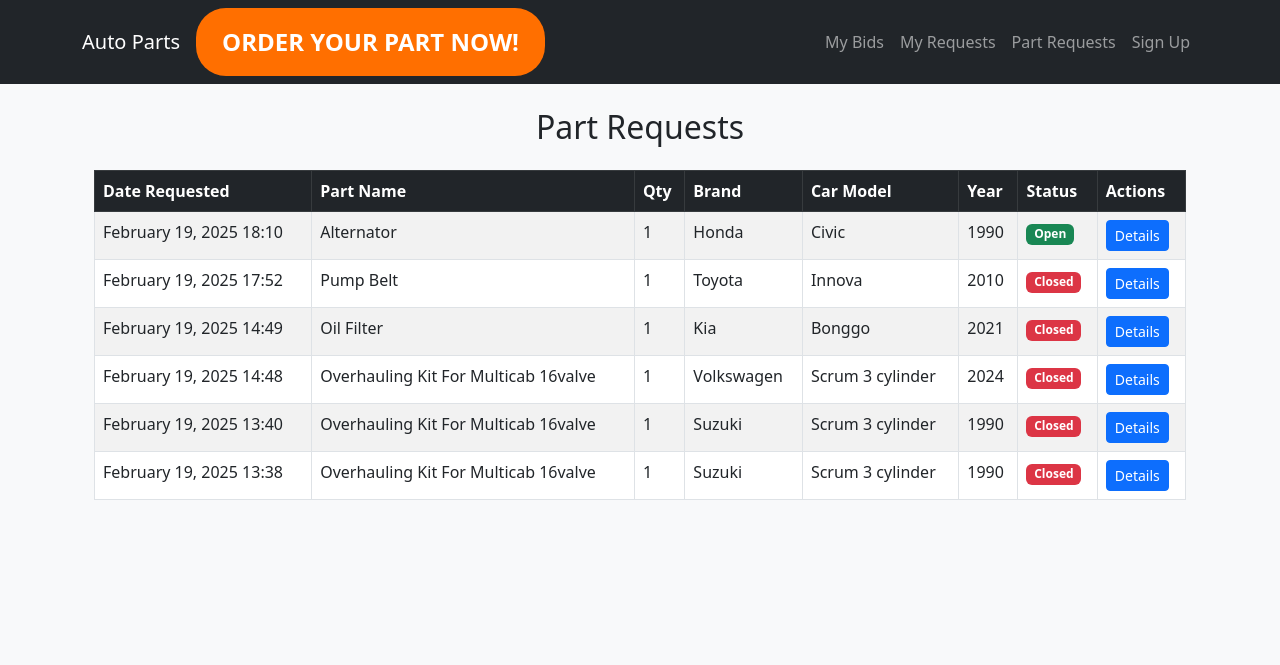
Repository: Jijiluzana225/onlineparts
Page: http://localhost/part-requests/
An editor plug-in stored every save of this project. The page is shown before and after the next save, followed by the edit.
The browser window is 1280 px wide. The pictures show the whole page.
The page is served by the project's application, run on Django 5.2 (manage.py). Other server files are loaded and not shown. The page reads the database file committed with the project.

Above is the page before, as saved 2025-02-19 17:13:52.

### orders/templates/orders/part_request_list.html
{% extends 'orders/landing.html' %}

{% block content %}
<div class="container mt-4">
    <h2 class="text-center mb-4">Part Requests</h2>
    <div class="table-responsive">
        <table class="table table-striped table-bordered">
            <thead class="table-dark">
                <tr>
                    <th>Date Requested</th>
                    <th>Part Name</th>
                    <th>Qty</th>
                    <th>Brand</th>
                    <th>Car Model</th>
                    <th>Year</th>
                    <th>Status</th>

                    <th>Actions</th>  <!-- New column for the button -->
                </tr>
            </thead>
            <tbody>
                {% for request in part_requests %}
                <tr>
                    <td>{{ request.created_at|date:"F d, Y H:i" }}</td>
                    <td>{{ request.part_name }}</td>
                    <td>{{ request.qty }}</td>
                    <td>{{ request.brand }}</td>
                    <td>{{ request.car_model }}</td>
                    <td>{{ request.year }}</td>
                    <td>
                        {% if request.status == "Open" %}
                            <span class="badge bg-success">Open</span>
                        {% else %}
                            <span class="badge bg-danger">Closed</span>
                        {% endif %}
                    </td>

                    <td>

                        <a href="{% url 'part_request_detail' request.id %}" class="btn btn-primary btn-sm">Details</a>
                    </td>
                </tr>
                {% empty %}
                <tr>
                    <td colspan="7" class="text-center">No part requests found.</td>
                </tr>
                {% endfor %}
            </tbody>
        </table>
    </div>
</div>
{% endblock %}

### orders/templates/orders/landing.html
<!DOCTYPE html>
<html lang="en">
<head>
    <meta charset="UTF-8">
    <meta name="viewport" content="width=device-width, initial-scale=1">
    <title>{% block title %}Landing Page{% endblock %}</title>
    <link href="https://cdn.jsdelivr.net/npm/bootstrap@5.3.0/dist/css/bootstrap.min.css" rel="stylesheet">
    <style>
        body {
            background-color: #f8f9fa;
        }
        .hero {
            height: 80vh;
            display: flex;
            align-items: center;
            justify-content: center;
            text-align: center;
            background: url('https://source.unsplash.com/1600x900/?car,parts') no-repeat center center/cover;
            color: white;
            position: relative;
        }
        .hero-overlay {
            background: black;
            padding: 50px;
            border-radius: 10px;
        }
        .btn-custom {
            background-color: #ff6f00;
            color: white;
            border-radius: 30px;
            padding: 15px 25px;
            font-size: 1.5rem;
            font-weight: bold;
            text-transform: uppercase;
            transition: background 0.3s ease;
        }
        .btn-custom:hover {
            background-color: #e65c00;
        }
    </style>
    {% block extra_css %}{% endblock %}
</head>
<body>

<!-- Navbar -->
<nav class="navbar navbar-expand-lg navbar-dark bg-dark">
    <div class="container">
        <a class="navbar-brand" href="{% url 'home' %}">Auto Parts</a>
        <a href="{% url 'order_part' %}" class="btn btn-custom">Order Your Part Now!</a>

        <button class="navbar-toggler" type="button" data-bs-toggle="collapse" data-bs-target="#navbarNav">
            <span class="navbar-toggler-icon"></span>
        </button>
        <div class="collapse navbar-collapse" id="navbarNav">
            <ul class="navbar-nav ms-auto">
                <li class="nav-item"><a class="nav-link" href="{% url 'store_bids' %}">My Bids</a></li>
                <li class="nav-item"><a class="nav-link" href="{% url 'my_part_requests' %}">My Requests</a></li>
                <li class="nav-item"><a class="nav-link" href="{% url 'part_request_list' %}">Part Requests</a></li>

                {% if user.is_authenticated %}
                    <li class="nav-item dropdown">
                        <a class="nav-link dropdown-toggle" href="#" id="userDropdown" role="button" data-bs-toggle="dropdown">
                            {{ user.username }}
                        </a>
                        <ul class="dropdown-menu">
                            <li><a class="dropdown-item" href="{% url 'profile_update' %}">Profile</a></li>
                            <li>
                                <form method="post" action="{% url 'logout' %}">
                                    {% csrf_token %}
                                    <button type="submit" class="dropdown-item">Logout</button>
                                </form>
                            </li>
                        </ul>
                    </li>
                {% else %}
                    <li class="nav-item"><a class="nav-link btn btn-secondary" href="{% url 'register' %}">Sign Up</a></li>
                {% endif %}
            </ul>
        </div>
    </div>
</nav>

<!-- Hero Section -->
{% comment %} <div class="hero">
    <div class="hero-overlay">
        <h1 class="mb-4">Request Your Auto Parts Here!</h1>
        <a href="{% url 'order_part' %}" class="btn btn-custom">Order Your Part Now!</a>
    </div>
</div> {% endcomment %}

<!-- Main Content -->
<main class="container mt-4">
    {% block content %}
    {% endblock %}
</main>

<!-- Bootstrap JS -->
<script src="https://cdn.jsdelivr.net/npm/bootstrap@5.3.0/dist/js/bootstrap.bundle.min.js"></script>
{% block extra_js %}{% endblock %}
</body>
</html>

### orders/models.py
from django.contrib.auth.models import AbstractUser
from django.db import models
from django.contrib.auth.models import User
from django.conf import settings


class Customer(AbstractUser):
    completename = models.CharField(max_length=250 )
    phone_number = models.CharField(max_length=50 )
    address = models.TextField(blank=True, null=True)
    is_store = models.BooleanField(default=False)





    groups = models.ManyToManyField(
        "auth.Group",
        related_name="customer_users",  # Custom related name to avoid conflicts
        blank=True
    )
    user_permissions = models.ManyToManyField(
        "auth.Permission",
        related_name="customer_users_permissions",  # Custom related name
        blank=True
    )

    def __str__(self):
        return self.username

BRAND_CHOICES = [
    ("Toyota", "Toyota"),
    ("Mitsubishi", "Mitsubishi"),
    ("Honda", "Honda"),
    ("Nissan", "Nissan"),
    ("Ford", "Ford"),
    ("Isuzu", "Isuzu"),
    ("Hyundai", "Hyundai"),
    ("Kia", "Kia"),
    ("Chevrolet", "Chevrolet"),
    ("Suzuki", "Suzuki"),
    ("Daihatsu", "Daihatsu"),
    ("Mazda", "Mazda"),
    ("Subaru", "Subaru"),
    ("Fuso", "Fuso"),
    ("Hino", "Hino"),
    ("Tata", "Tata"),
    ("MAN", "MAN"),
    ("Scania", "Scania"),
    ("Volkswagen", "Volkswagen"),
    ("Chery", "Chery"),
    ("Foton", "Foton"),
    ("JAC", "JAC"),
    ("Dongfeng", "Dongfeng"),
    ("Changan", "Changan"),
    ("Geely", "Geely"),
    ("MG", "MG"),
    ("BYD", "BYD"),
    ("BAIC", "BAIC"),
    ("GAC", "GAC"),
    ("Maxus", "Maxus"),
]

STATUS_CHOICES = [
    ("Open", "Open"),
    ("Closed", "Closed"),
]

# Part Request Model
class PartRequest(models.Model):
    brand_new = models.BooleanField(default=True)
    used = models.BooleanField(default=False)


    user = models.ForeignKey(settings.AUTH_USER_MODEL, on_delete=models.CASCADE)
    part_name = models.CharField(max_length=255)
    description = models.TextField()
    qty = models.PositiveIntegerField(default="1")
    image1 = models.ImageField(upload_to="part_images/")
    image2 = models.ImageField(upload_to="part_images/")
    brand = models.CharField(max_length=255, choices=BRAND_CHOICES)
    year = models.PositiveIntegerField()
    car_model = models.CharField(max_length=255)
    created_at = models.DateTimeField(auto_now_add=True)
    status = models.CharField(max_length=10, choices=STATUS_CHOICES, default="Open")

    def __str__(self):
        return f"{self.part_name} ({self.brand} - {self.car_model})"


    from django.db import models
from django.conf import settings

# Bid Status Choices
BID_STATUS_CHOICES = [
    ("Pending", "Pending"),
    ("Accepted", "Accepted"),
    ("Rejected", "Rejected"),
]

from django.db import models
from django.conf import settings

class Bid(models.Model):
    part_request = models.ForeignKey("orders.PartRequest", on_delete=models.CASCADE, related_name="bids")
    store = models.ForeignKey(settings.AUTH_USER_MODEL, on_delete=models.CASCADE)
    price = models.DecimalField(max_digits=10, decimal_places=2)
    notes = models.TextField(blank=True, null=True)
    image1 = models.ImageField(upload_to="bid_images/", blank=True, null=True)
    image2 = models.ImageField(upload_to="bid_images/", blank=True, null=True)
    status = models.CharField(max_length=10, choices=BID_STATUS_CHOICES, default="Pending")
    created_at = models.DateTimeField(auto_now_add=True)

    def __str__(self):
        return f"Bid by {self.store.username} for {self.part_request.part_name}"

### orders/views.py
from django.shortcuts import render, redirect
from .forms import CustomerRegistrationForm
from django.shortcuts import render, redirect
from django.contrib.auth import login, authenticate
from django.contrib.auth.forms import UserCreationForm

def register_view(request):
    if request.method == "POST":
        form = UserCreationForm(request.POST)
        if form.is_valid():
            user = form.save()  # Create the user
            username = form.cleaned_data.get("username")
            password = form.cleaned_data.get("password1")
            user = authenticate(username=username, password=password)  # Authenticate
            if user is not None:
                login(request, user)  # Auto-login user
                return redirect("landing")  # Redirect to landing page
    else:
        form = UserCreationForm()

    return render(request, "orders/register.html", {"form": form})


def landing_page(request):
    return render(request, 'orders/landing.html')



from django.shortcuts import render, redirect
from django.contrib.auth.decorators import login_required
from .forms import CustomerUpdateForm

@login_required
def profile_update_view(request):
    user = request.user
    if request.method == "POST":
        form = CustomerUpdateForm(request.POST, instance=user)
        if form.is_valid():
            form.save()
            return redirect("home")  # Stay on profile page after saving
    else:
        form = CustomerUpdateForm(instance=user)

    return render(request, "orders/profile_update.html", {"form": form})



from django.shortcuts import render, redirect
from django.contrib.auth.decorators import login_required
from .forms import PartRequestForm

@login_required
def order_part_view(request):
    if request.method == "POST":
        form = PartRequestForm(request.POST, request.FILES)
        if form.is_valid():
            part_request = form.save(commit=False)
            part_request.user = request.user
            part_request.save()
            return redirect("order_success")  # Redirect to a success page
    else:
        form = PartRequestForm()

    return render(request, "orders/order_part.html", {"form": form})


def order_success(request):
    return render(request, "orders/order_success.html")

from django.shortcuts import render
from .models import PartRequest

def part_request_list(request):
    part_requests = PartRequest.objects.all().order_by('-created_at')  # Order by latest date
    return render(request, 'orders/part_request_list.html', {'part_requests': part_requests})

from django.shortcuts import render, get_object_or_404
from .models import PartRequest

def part_request_detail(request, pk):
    part_request = get_object_or_404(PartRequest, pk=pk)
    return render(request, 'orders/part_request_detail.html', {'part_request': part_request})


from django.shortcuts import render, get_object_or_404, redirect
from django.contrib.auth.decorators import login_required
from .models import PartRequest, Bid
from .forms import BidForm

@login_required
def place_bid(request, part_request_id):
    part_request = get_object_or_404(PartRequest, id=part_request_id)

    if request.method == "POST":
        form = BidForm(request.POST, request.FILES)
        if form.is_valid():
            bid = form.save(commit=False)
            bid.part_request = part_request
            bid.store = request.user  # Only logged-in stores can bid
            bid.save()
            return render(request, 'orders/part_request_list.html', {'part_request': part_request})

    else:
        form = BidForm()

    return render(request, "orders/place_bid.html", {"form": form, "part_request": part_request})

from django.shortcuts import render
from django.contrib.auth.decorators import login_required
from django.utils.decorators import method_decorator
from django.views.generic import ListView
from .models import PartRequest

@method_decorator(login_required, name="dispatch")
class MyPartRequestsView(ListView):

    model = PartRequest
    template_name = "orders/my_part_requests.html"
    context_object_name = "part_requests"

    def get_queryset(self):
        return PartRequest.objects.filter(user=self.request.user).prefetch_related("bids").order_by("-created_at")



from django.shortcuts import render, get_object_or_404
from django.views.generic import DetailView
from .models import Bid

class BidDetailView(DetailView):
    model = Bid
    template_name = "orders/bid_detail.html"
    context_object_name = "bid"


from django.contrib import messages
from django.http import HttpResponseRedirect
from django.urls import reverse
from django.views import View
from django.shortcuts import get_object_or_404
from .models import Bid, PartRequest

class AcceptBidView(View):
    def post(self, request, pk):
        bid = get_object_or_404(Bid, pk=pk)
        part_request = bid.part_request

        # Close the PartRequest
        part_request.status = "Closed"
        part_request.save()

        # Set selected bid to "Accepted"
        bid.status = "Accepted"
        bid.save()

        # Reject all other bids for this part request
        Bid.objects.filter(part_request=part_request).exclude(pk=pk).update(status="Rejected")

        messages.success(request, "Bid accepted successfully! The part request is now closed.")
        return HttpResponseRedirect(reverse("my_part_requests"))



from django.shortcuts import render
from django.contrib.auth.decorators import login_required
from .models import Bid

@login_required
def store_bids(request):
    bids = Bid.objects.filter(store=request.user).order_by("-created_at")
    return render(request, "orders/store_bids.html", {"bids": bids})


from django.shortcuts import render, get_object_or_404, redirect
from django.urls import reverse_lazy
from django.views.generic import UpdateView, DeleteView, DetailView
from django.contrib import messages
from .models import Bid
from .forms import BidForm

class BidDetailView(DetailView):
    model = Bid
    template_name = "orders/bid_detail_view.html"
    context_object_name = "bid"

class BidUpdateView(UpdateView):
    model = Bid
    form_class = BidForm
    template_name = "orders/bid_form.html"

    def form_valid(self, form):
        messages.success(self.request, "Bid updated successfully!")
        return super().form_valid(form)

    def get_success_url(self):
        return reverse_lazy("bid_detail", kwargs={"pk": self.object.pk})

class BidDeleteView(DeleteView):
    model = Bid
    template_name = "orders/bid_confirm_delete.html"
    success_url = reverse_lazy("store_bids")

    def delete(self, request, *args, **kwargs):
        messages.success(request, "Bid deleted successfully!")
        return super().delete(request, *args, **kwargs)

### Onlinespareparts/urls.py
from django.contrib import admin
from django.urls import path, include
from django.conf import settings
from django.conf.urls.static import static

urlpatterns = [
    path('admin/', admin.site.urls),
    path('', include('orders.urls')),
]

urlpatterns += static(settings.MEDIA_URL, document_root=settings.MEDIA_ROOT)

### orders/urls.py
from django.urls import path
from .views import *
from django.contrib.auth import views as auth_views


urlpatterns = [
    path('register/', register_view, name='register'),
    path('login/', auth_views.LoginView.as_view(template_name='orders/login.html'), name='login'),
    path('logout/', auth_views.LogoutView.as_view(next_page='login'), name='logout'),
    path('', landing_page, name='home'),  # This makes the landing page accessible at "/"
    path('profile/update/', profile_update_view, name='profile_update'),
    path("order/", order_part_view, name="order_part"),
    path("order-success/", order_success, name="order_success"),
    path('part-requests/', part_request_list, name='part_request_list'),
    path('part-requests/<int:pk>/', part_request_detail, name='part_request_detail'),
    path("bid/<int:part_request_id>/", place_bid, name="place_bid"),
    path("my-part-requests/", MyPartRequestsView.as_view(), name="my_part_requests"),
    path("bid_details/<int:pk>/", BidDetailView.as_view(), name="bid_detail"),
    path("accept-bid/<int:pk>/", AcceptBidView.as_view(), name="accept_bid"),
    path("store/bids/", store_bids, name="store_bids"),

    path("bidview/<int:pk>/", BidDetailView.as_view(), name="bid_detail_view"),
    path("bidview/<int:pk>/update/", BidUpdateView.as_view(), name="bid_update"),
    path("bidview/<int:pk>/delete/", BidDeleteView.as_view(), name="bid_delete"),


]

### db.sqlite3 (the tables this page reads, as SQL)
CREATE TABLE "orders_partrequest" ("id" integer NOT NULL PRIMARY KEY AUTOINCREMENT, "part_name" varchar(255) NOT NULL, "description" text NOT NULL, "brand" varchar(255) NOT NULL, "year" integer unsigned NOT NULL CHECK ("year" >= 0), "car_model" varchar(255) NOT NULL, "created_at" datetime NOT NULL, "user_id" bigint NOT NULL REFERENCES "orders_customer" ("id") DEFERRABLE INITIALLY DEFERRED, "image1" varchar(100) NOT NULL, "image2" varchar(100) NOT NULL, "brand_new" bool NOT NULL, "used" bool NOT NULL, "status" varchar(10) NOT NULL, "qty" integer unsigned NOT NULL CHECK ("qty" >= 0));
INSERT INTO "orders_partrequest" VALUES
(1, 'Overhauling Kit For Multicab 16valve', 'overhauling gasket', 'Suzuki', 1990, 'Scrum 3 cylinder', '2025-02-19 05:38:38.989009', 4, 'part_images/Lugawan.png', 'part_images/NAHLA.png', 0, 1, 'Closed', 1),
(2, 'Overhauling Kit For Multicab 16valve', 'overhauling gasket', 'Suzuki', 1990, 'Scrum 3 cylinder', '2025-02-19 05:40:22.687563', 4, 'part_images/Lugawan_ghrvOvK.png', 'part_images/NAHLA_NJnFbMa.png', 1, 1, 'Closed', 1),
(3, 'Overhauling Kit For Multicab 16valve', 's', 'Volkswagen', 2024, 'Scrum 3 cylinder', '2025-02-19 06:48:56.372832', 3, 'part_images/Lugawan_1ScTge2.png', 'part_images/logo.png', 1, 0, 'Closed', 1),
(4, 'Oil Filter', 'For Bonggo', 'Kia', 2021, 'Bonggo', '2025-02-19 06:49:52.578304', 3, 'part_images/ff699cd5-3c78-456f-89fb-85e797b925d4.jpg', 'part_images/unlimited_lugaw.png', 1, 0, 'Closed', 1),
(5, 'Pump Belt', 'for Toyota Innova Diesel', 'Toyota', 2010, 'Innova', '2025-02-19 09:52:08.714975', 4, 'part_images/unlimited_lugaw_lOtlOQy.png', 'part_images/logo_Z6vBSMS.png', 1, 1, 'Closed', 1),
(6, 'Alternator', 'for Honda Civic 2015', 'Honda', 1990, 'Civic', '2025-02-19 10:10:58.859333', 4, 'part_images/Lugawan_AsqnwXb.png', 'part_images/unlimited_lugaw_ak9WSJF.png', 1, 0, 'Open', 1);

After the next save:
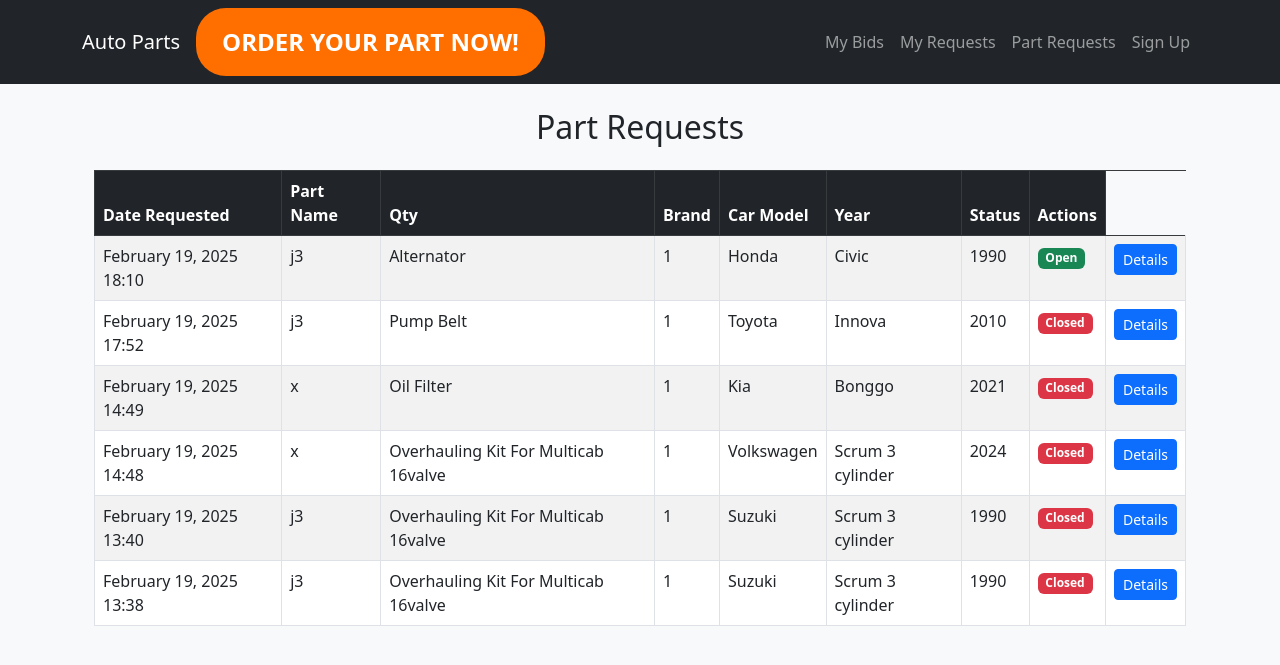
Saved 74 s later.
--- a/orders/templates/orders/part_request_list.html
+++ b/orders/templates/orders/part_request_list.html
@@ -22,6 +22,7 @@
                 {% for request in part_requests %}
                 <tr>
                     <td>{{ request.created_at|date:"F d, Y H:i" }}</td>
+                    <td>{{ request.user }}</td>
                     <td>{{ request.part_name }}</td>
                     <td>{{ request.qty }}</td>
                     <td>{{ request.brand }}</td>
